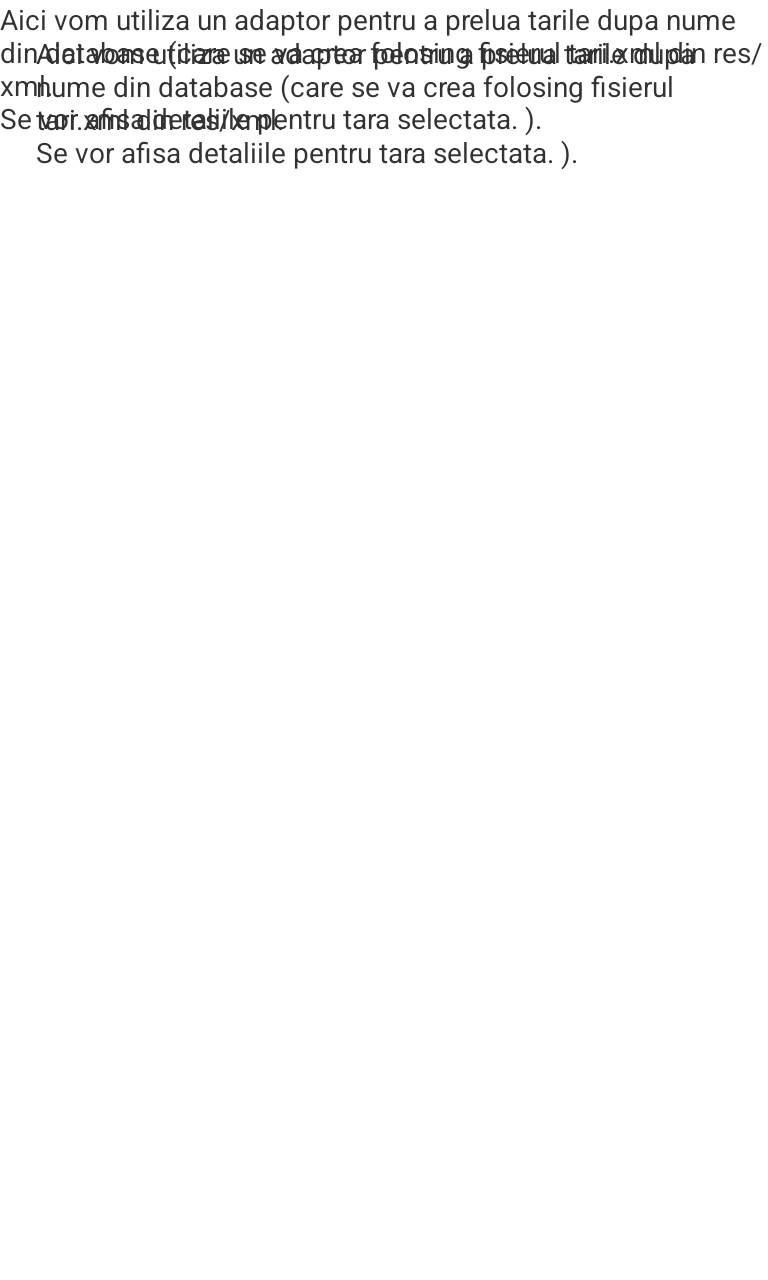
Repository: bogdanelu83/Workspace2
Layout: ip2tara/res/layout/activity_tara.xml
These files come from the project's save history. The layout is drawn as it stood at one moment and after the next save; the edit follows.
It is drawn on a 768 x 1280 px phone screen (xhdpi) without system bars, with theme AppTheme; the app's code is not run. The app's manifest (not shown) leaves right-to-left support off. So textAlignment, textDirection and layoutDirection are ignored, and left and right values win over start and end ones.

Above is the layout before, as saved 2014-12-08 00:26:55.

After the next save:
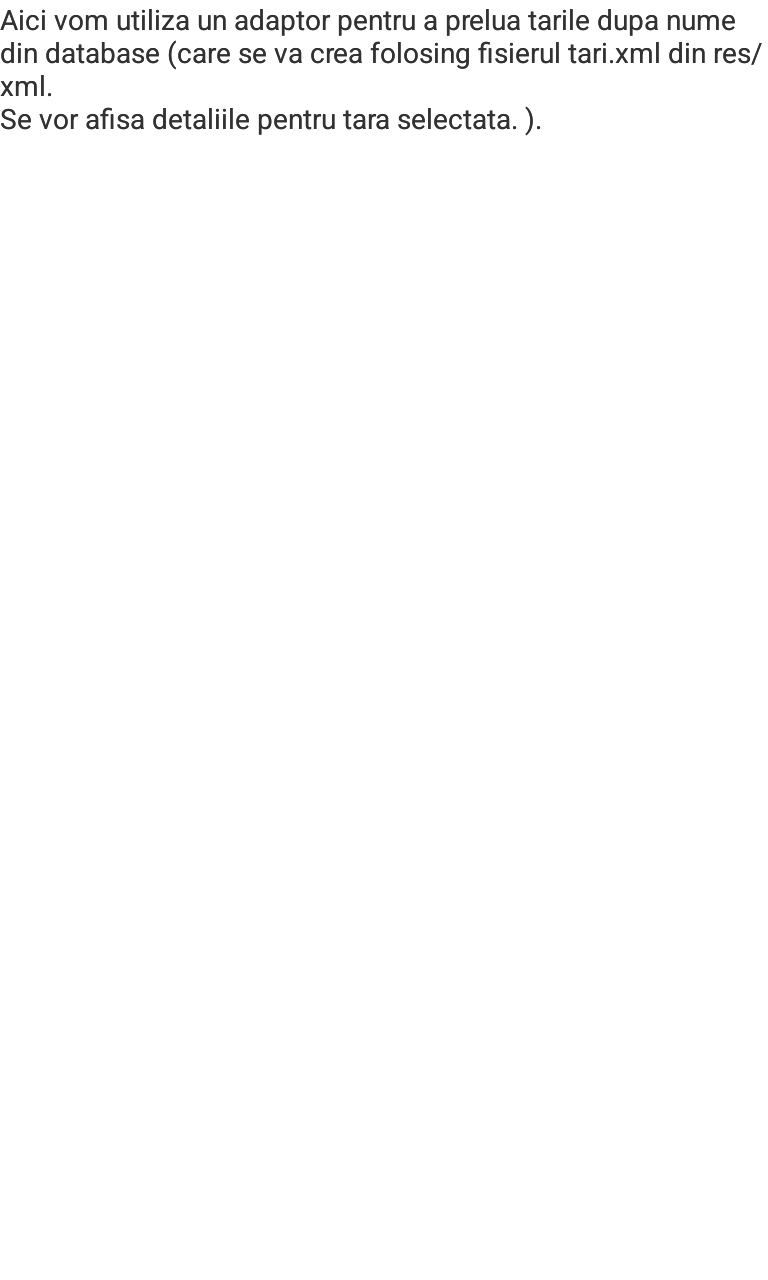
Saved 6 s later.
--- a/ip2tara/res/layout/activity_tara.xml
+++ b/ip2tara/res/layout/activity_tara.xml
@@ -18,8 +18,6 @@ tools:context=".TaraActivity" >
         android:layout_height="wrap_content"
 
 
-        android:layout_marginStart="18dp"
-        android:layout_marginTop="17dp"
         android:text="@string/tari_text" />
 
 </RelativeLayout>
